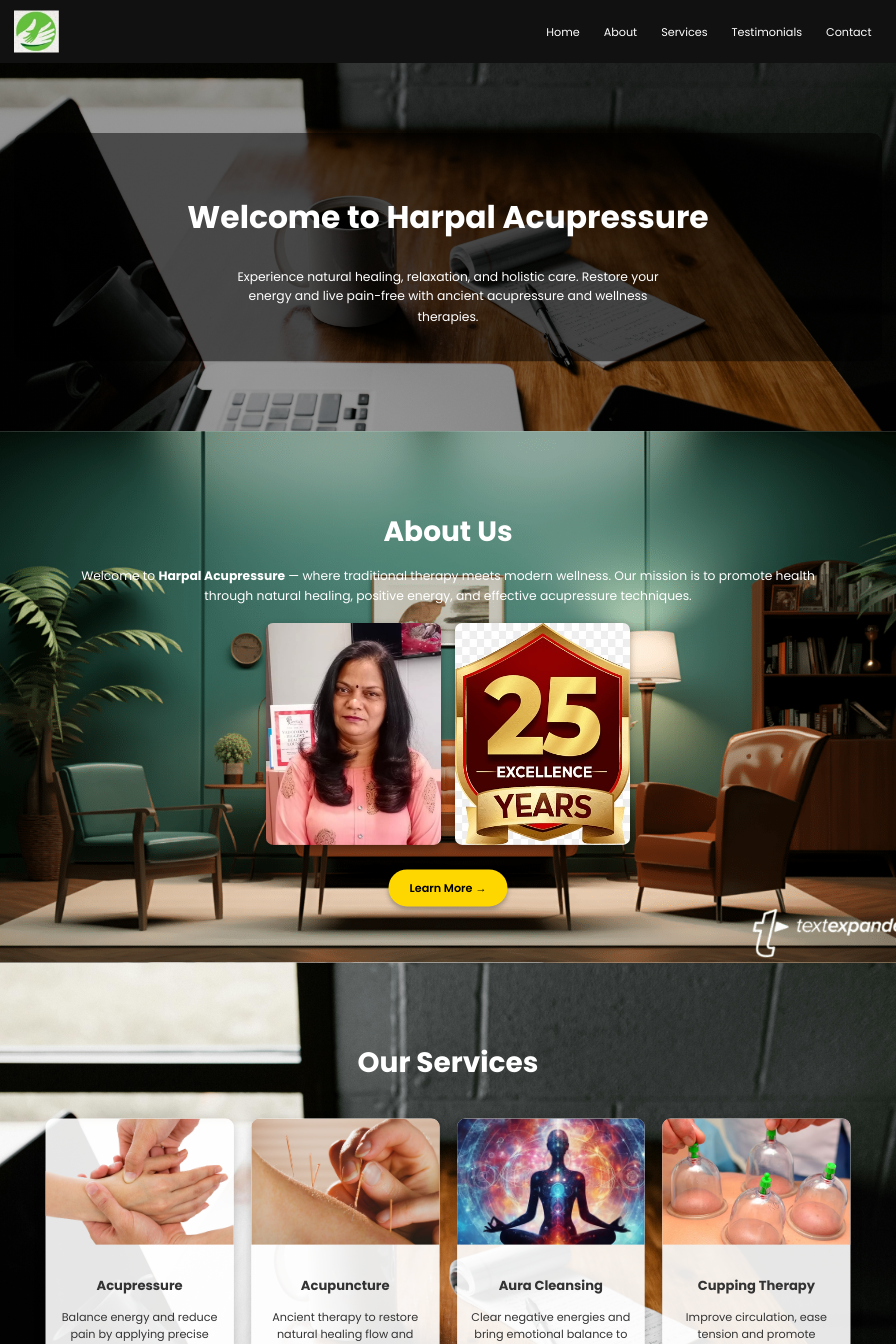
Repository: swasthiik/my-websites
Page: index.html
An editor plug-in stored every save of this project. The page is shown before and after the next save, followed by the edit.
The browser window is 1280 px wide. The pictures show the part of the page from y = 0 to 1920 px (the page is 4632 px tall), at 70% of full size.
Backgrounds fixed to the window are drawn as part of the page.

Above is the page before, as saved 2025-10-27 23:55:50.

After the next save:
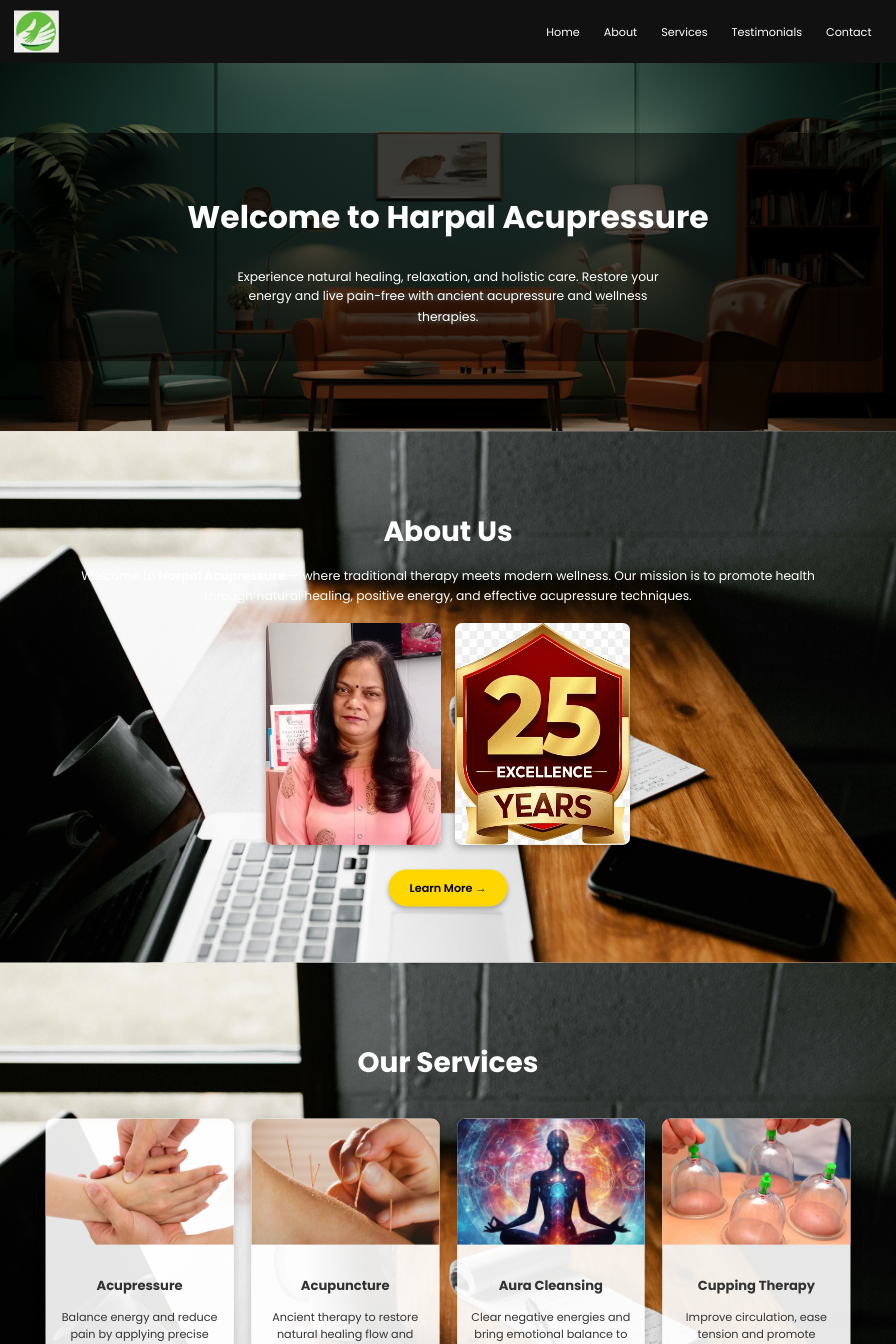
Saved 92 s later.
--- a/index.html
+++ b/index.html
@@ -57,7 +57,7 @@
   </header>
 
   <!-- 🔹 HERO SECTION -->
-  <section id="home" style="background:linear-gradient(rgba(0,0,0,0.4),rgba(0,0,0,0.4)),url('images/background2.jpg') center/cover no-repeat;
+  <section id="home" style="background:linear-gradient(rgba(0,0,0,0.4),rgba(0,0,0,0.4)),url('images/background.jpg') center/cover no-repeat;
     color:#fff;padding:100px 20px;text-align:center;">
     <div style="background:rgba(0,0,0,0.5);padding:50px;border-radius:15px;">
       <h2 style="font-size:2.8rem;">Welcome to Harpal Acupressure</h2>
@@ -66,7 +66,7 @@
   </section>
 
   <!-- 🔹 ABOUT SECTION -->
-  <section id="about" style="background:url('images/background.jpg') center/cover no-repeat; background-attachment: fixed; color:#fff; padding:80px 20px;">
+  <section id="about" style="background:url('images/background2.jpg') center/cover no-repeat; background-attachment: fixed; color:#fff; padding:80px 20px;">
     <div style="max-width:1100px;margin:auto;text-align:center;">
       <h2 style="font-size:2.5rem;font-weight:700;margin-bottom:20px;">About Us</h2>
       <p style="font-size:1.1rem;line-height:1.6;margin-bottom:25px;">
